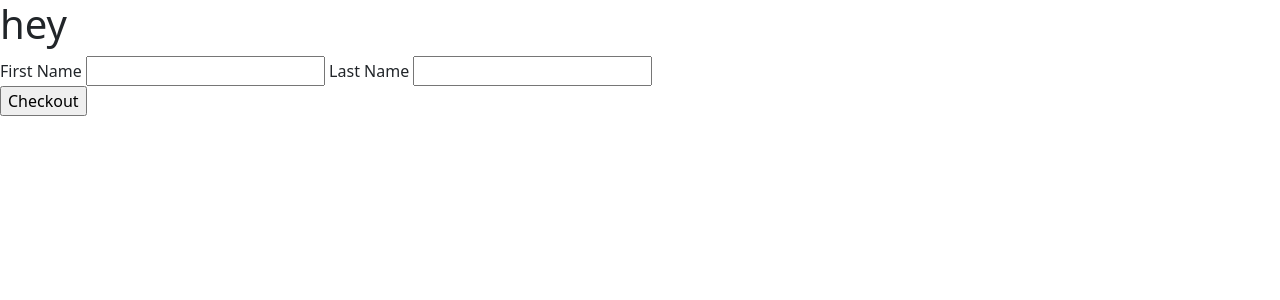
Repository: Flatbook/sliced_bread
Page: http://localhost/checkout
The author's editor kept a copy of each file at every save. The page is drawn from the files as they stood at one save, then again after a run of saves.
The browser window is 1280 px wide. The pictures show the whole page.
Some web libraries are served in a nearby version. The page is served by the project's application, run on Flask 3 (app.py).

Above is the page before, as saved 2021-05-15 22:19:11.

### flask_project/templates/checkout.html
{% extends "layout.html" %}
{% block content %}


<h1>hey</h1>

<form method = "POST" action ="{{ url_for('checkout')}}">
	{{ form. csrf_token }}
	{{ form.name.label}}

	{{ form.name }}

	{{ form.lname.label }}
	{{ form.lname }}
</br>

	{{ form.submit }}
</form>

<!-- {% if name %}
	<h1>Hello {{ name }}!!</h1>
	<br/>
	<img src="{{ url_for('static', filename='images/NorthPeak.png')}}" width=1100>
	<br/><br/>
	<p id="demo">This is stuff...</p>

<script src="{{ url_for('static', filename='js/myfile.js')}}"></script>


{% else %}
	<h1>What's Your Name?</h1>
	<br/>
	<form method="POST">
		{{ form.hidden_tag() }}

		{{ form.name.label(class="form-label") }}

		{{ form.name(class="form-control") }}
		<br/>

		{{ form.submit(class="btn btn-secondary") }}


	</form>



{% endif %}

{% endblock %} -->

### flask_project/templates/layout.html
<!DOCTYPE html>
<html lang="en">
<head>
    <meta charset="UTF-8">
    <meta http-equiv="X-UA-Compatible" content="IE=edge">
    <meta name="viewport" content="width=device-width, initial-scale=1.0">
    <!-- <link rel = "stylesheet" href="{{ url_for('static', filename='css/main.css') }}"> -->
    <link href="https://cdn.jsdelivr.net/npm/bootstrap@5.0.1/dist/css/bootstrap.min.css" rel="stylesheet" integrity="sha384-+0n0xVW2eSR5OomGNYDnhzAbDsOXxcvSN1TPprVMTNDbiYZCxYbOOl7+AMvyTG2x" crossorigin="anonymous">
    <title>Greatest Beverage </title>
</head>
<body>
    {% block content %} {% endblock %}

 <!-- Optional JavaScript -->
    <!-- jQuery first, then Popper.js, then Bootstrap JS -->
    <script src="https://code.jquery.com/jquery-3.2.1.slim.min.js" integrity="sha384-KJ3o2DKtIkvYIK3UENzmM7KCkRr/rE9/Qpg6aAZGJwFDMVNA/GpGFF93hXpG5KkN" crossorigin="anonymous"></script>
    <script src="https://cdnjs.cloudflare.com/ajax/libs/popper.js/1.12.9/umd/popper.min.js" integrity="sha384-ApNbgh9B+Y1QKtv3Rn7W3mgPxhU9K/ScQsAP7hUibX39j7fakFPskvXusvfa0b4Q" crossorigin="anonymous"></script>
    <script src="https://maxcdn.bootstrapcdn.com/bootstrap/4.0.0/js/bootstrap.min.js" integrity="sha384-JZR6Spejh4U02d8jOt6vLEHfe/JQGiRRSQQxSfFWpi1MquVdAyjUar5+76PVCmYl" crossorigin="anonymous"></script>
</body>
</html>

### flask_project/app.py
from flask import Flask, render_template
from form import checkoutForm

app = Flask(__name__)

app.config['SECRET_KEY'] = "my secret key"


drinks =[{
    'title' : 'Sonder Sparkle Mojito',
    'description': 'A bit of sparkle and cheer come together flawlessly in this festive mocktail.'

},
{
    'title': 'French 75 Mocktail',
    'description': 'With the same taste profile of a classic French 75 — think lemon juice and a splash of bitters — this mocktail will energize your evening.'
}
]

@app.route("/")
def hello_world():
    return render_template('home.html',drinks=drinks)

@app.route("/btform")
def btform():
    return render_template('btform.html')

@app.route("/checkout",methods =['GET','POST'])
def checkout():
    name = None
    lname = None
    form = checkoutForm()
    #  #validate form
    # if form.validate_on_submit():
    #     name = form.name.data
    #     form.name.date = ''
    return render_template("checkout.html",
     name=name,form = form)




if __name__ == '__main__':
    app.run(debug=True)

### flask_project/form.py
from flask_wtf import FlaskForm
from wtforms import StringField, SubmitField
from wtforms.validators import DataRequired

class checkoutForm(FlaskForm):
    name = StringField("First Name", validators = [DataRequired()])
    lname = StringField("Last Name",validators=[DataRequired()])
    submit = SubmitField("Checkout")

After the next 2 saves:
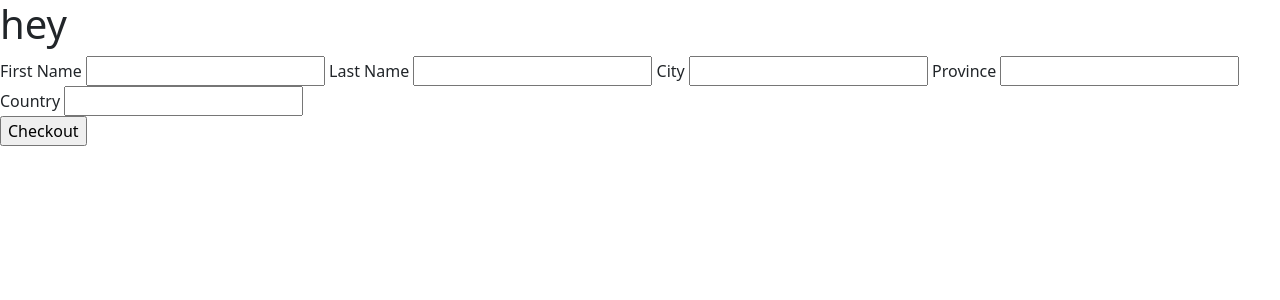
The 2 saves are shown as one change because 1 did not build or start.
The last was saved 118 s later.
--- a/flask_project/templates/checkout.html
+++ b/flask_project/templates/checkout.html
@@ -12,6 +12,12 @@
 
 	{{ form.lname.label }}
 	{{ form.lname }}
+	{{ form.city.label}}
+	{{ form.city }}
+	{{ form.state.label }}
+	{{ form.state }}
+	{{ form.country.label }}
+	{{ form.country }}
 </br>
 
 	{{ form.submit }}
--- a/flask_project/form.py
+++ b/flask_project/form.py
@@ -5,4 +5,7 @@ from wtforms.validators import DataRequired
 class checkoutForm(FlaskForm):
     name = StringField("First Name", validators = [DataRequired()])
     lname = StringField("Last Name",validators=[DataRequired()])
+    city = StringField("City",validators=[DataRequired()])
+    state = StringField("Province",validators=[DataRequired()])
+    country = StringField("Country",validators=[DataRequired()])
     submit = SubmitField("Checkout")
